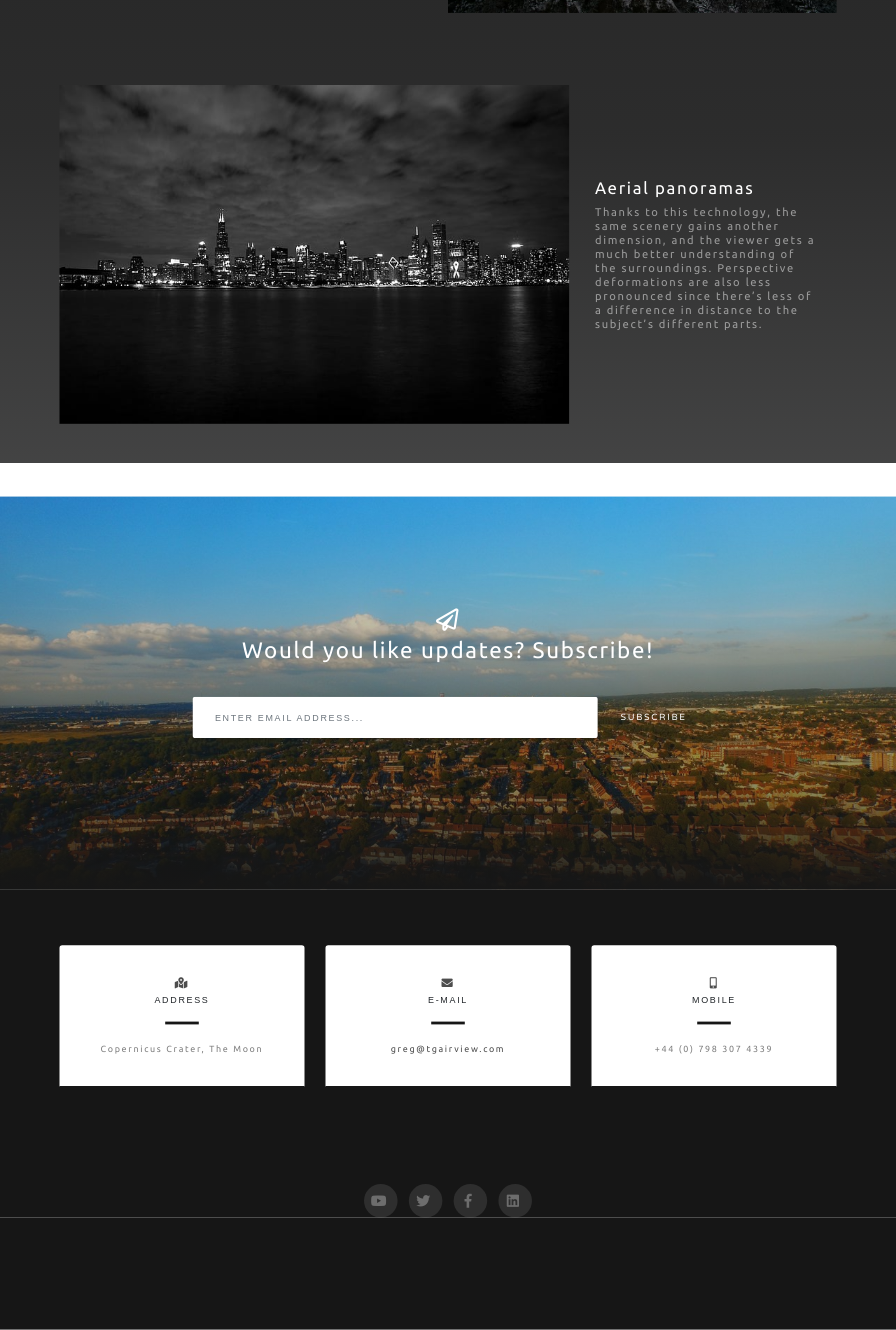
Repository: geoeskel/UCFD-Milestone-Project
Page: index.html
The author's editor kept a record of every edit. The page is drawn from the files as they stood at one moment, then again after the next edit.
The browser window is 1280 px wide. The pictures show the part of the page from y = 2978 to 4898 px (the page is 4878 px tall before and 4898 px after), at 70% of full size.
A picture or video elsewhere on the page could not be fetched, so the positions and the page height are approximate. Some web libraries are served in a nearby version.

Above is the page before.

### index.html
<!DOCTYPE html>
<html lang="en">

<head>
  <meta charset="utf-8">
  <meta name="viewport" content="width=device-width, initial-scale=1, shrink-to-fit=no">
  <title>TG Airview - Aerial Photography</title>
  <link href="css/bootstrap.min.css" rel="stylesheet">
  <link rel="stylesheet" href="https://use.fontawesome.com/releases/v5.1.1/css/all.css" integrity="sha384-O8whS3fhG2OnA5Kas0Y9l3cfpmYjapjI0E4theH4iuMD+pLhbf6JI0jIMfYcK3yZ" crossorigin="anonymous">
  <link href="https://fonts.googleapis.com/css?family=Ubuntu|Varela+Round&display=swap" rel="stylesheet">
  <link href="css/style.css" rel="stylesheet">
</head>

<body id="page-top">

  <!--------------------Navigation-------------------->
  <nav class="navbar navbar-expand-lg navbar-light fixed-top" id="mainNav">
    <div class="container">
      <a class="navbar-brand js-scroll-trigger" href="#page-top">Home</a>
      <button class="navbar-toggler navbar-toggler-right" type="button" data-toggle="collapse" data-target="#navbarResponsive" aria-controls="navbarResponsive" aria-expanded="false" aria-label="Toggle navigation">
        Menu
        <i class="fas fa-bars"></i>
      </button>
      <div class="collapse navbar-collapse" id="navbarResponsive">
        <ul class="navbar-nav ml-auto">
          <li class="nav-item">
            <a class="nav-link js-scroll-trigger" href="#about">About</a>
          </li>
          <li class="nav-item">
            <a class="nav-link js-scroll-trigger" href="#services">Services</a>
          </li>
          <li class="nav-item">
            <a class="nav-link js-scroll-trigger" href="#signup">Contact</a>
          </li>
        </ul>
      </div>
    </div>
  </nav>


  <!--------------------Header-------------------->
  <header class="head-main">
    <div class="overlay"></div>
    <video playsinline="playsinline" autoplay="autoplay" muted="muted" loop="loop">
    <source src="vids/header.mp4" type="video/mp4">
  </video>
    <div class="container h-100">
      <div class="d-flex h-100 text-center align-items-center">
        <div class="w-100 text-white">
          <h1 class="display-3">TG Airview</h1>
          <h2 class="text-white-50 mx-auto mt-2 mb-5">Aerial Photography</h2>
          <a href="#about" class="btn btn-primary js-scroll-trigger">Let's Fly!</a>
        </div>
      </div>
    </div>

  </header>

  <!--------------------About-------------------->
  <section id="about" class="about-section text-center">
    <div class="container">
      <div class="row">
        <div class="col-lg-8 mx-auto">
          <h2 class="text-white mb-4">Our love for flying comes shining through!</h2>
          <p class="text-white-50">We currently work with the world's leading drone company
            <a href="https://www.dji.com/" target="_blank">DJI.</a> We combine their best technology and our design to make our every project special - not just for us but especially for you!</p>
        </div>
      </div>
      <img src="img/about.png" class="img-fluid" alt="">

    </div>
  </section>

  <!--------------------Services-------------------->
  <section id="services" class="about-section bg-light">
    <div class="container">

      <div class="row align-items-center no-gutters mb-4 mb-lg-5">
        <div class="col-xl-8 col-lg-7">
          <img class="img-fluid mb-3 mb-lg-0" src="img/project-02.jpg" alt="">
        </div>
        <div class="col-xl-4 col-lg-5">
          <div class="featured-text text-center text-lg-left">
            <div class="first-service">
              <h4 class="text-white">Aerial photography</h4>
              <p class="text-white-50 mb-0">So what makes aerial photography so darn good? A great many things. It allows for a new – and extremely different – angle of shooting. There’s a huge difference in the angle of view when shooting from the ground, or even from
                a mountaintop, and when shooting from hundreds of meters above the landscape.</p>
            </div>
          </div>
        </div>
      </div>

      <div class="row justify-content-center no-gutters mb-4 mb-lg-5">
        <div class="col-lg-6">
          <img class="img-fluid mb-3 mb-lg-0" src="img/project-03.jpg" alt="">
        </div>
        <div class="col-lg-6 order-lg-first">
          <div class="text-center h-100 project">
            <div class="d-flex h-100">
              <div class="project-text w-100 my-auto text-center text-lg-right">
                <div class="first-service">
                  <h4 class="text-white">Night photography</h4>
                  <p class="mb-0 text-white-50">Light trails, starburst effect, motion blur . . . these are all easy at night. The long shutter speeds that are often required for proper exposure in night photography can lead to really cool effects. In addition, at night you can work
                    with lights that just aren’t on during the day.</p>
                </div>

              </div>
            </div>
          </div>
        </div>
      </div>

      <div class="row align-items-center no-gutters mb-4 mb-lg-5">
        <div class="col-xl-8 col-lg-7">
          <img class="img-fluid mb-3 mb-lg-0" src="img/project-01.jpg" alt="">
        </div>
        <div class="col-xl-4 col-lg-5">
          <div class="featured-text text-center text-lg-left">
            <div class="first-service">
              <h4 class="text-white">Aerial panoramas</h4>
              <p class="text-white-50 mb-0">Thanks to this technology, the same scenery gains another dimension, and the viewer gets a much better understanding of the surroundings. Perspective deformations are also less pronounced since there’s less of a difference in distance to
                the subject’s different parts.</p>
            </div>
          </div>
        </div>
      </div>

    </div>
  </section>


 <!--------------------Contact-------------------->
  <section id="signup" class="signup-section">
    <div class="container">
      <div class="row">
        <div class="col-md-10 col-lg-8 mx-auto text-center">

          <i class="far fa-paper-plane fa-2x mb-2 text-white"></i>
          <h2 class="text-white mb-5">Would you like updates? Subscribe!</h2>

          <form class="form-inline d-flex">
            <input type="email" class="form-control flex-fill mr-0 mr-sm-2 mb-3 mb-sm-0" id="inputEmail" placeholder="Enter email address...">
            <button type="submit" class="btn btn-primary mx-auto">Subscribe</button>
          </form>

        </div>
      </div>
    </div>
  </section>


  <section class="contact-section bg-black">
    <div class="container">

      <div class="row">

        <div class="col-md-4 mb-3 mb-md-0">
          <div class="card py-4 h-100">
            <div class="card-body text-center">
              <i class="fas fa-map-marked-alt text-primary mb-2"></i>
              <h4 class="text-uppercase m-0">Address</h4>
              <hr class="my-4">
              <div class="small text-black-50">Copernicus Crater, The Moon</div>
            </div>
          </div>
        </div>

        <div class="col-md-4 mb-3 mb-md-0">
          <div class="card py-4 h-100">
            <div class="card-body text-center">
              <i class="fas fa-envelope text-primary mb-2"></i>
              <h4 class="text-uppercase m-0">E-Mail</h4>
              <hr class="my-4">
              <div class="small text-black-50">
                <a href="#">greg@tgairview.com</a>
              </div>
            </div>
          </div>
        </div>

        <div class="col-md-4 mb-3 mb-md-0">
          <div class="card py-4 h-100">
            <div class="card-body text-center">
              <i class="fas fa-mobile-alt text-primary mb-2"></i>
              <h4 class="text-uppercase m-0">Mobile</h4>
              <hr class="my-4">
              <div class="small text-black-50">+44 (0) 798 307 4339</div>
            </div>
          </div>
        </div>
      </div>

      <div class="social d-flex justify-content-center">
        <a href="https://www.youtube.com/channel/UCpPGd5hFzI-q_gBM0CxnEIA" target="_blank" class="mx-2">
         <i class="fab fa-youtube"></i>

        <a href="https://twitter.com/DJIGlobal?ref_src=twsrc%5Egoogle%7Ctwcamp%5Eserp%7Ctwgr%5Eauthor target="_blank" class="mx-2">
          <i class="fab fa-twitter"></i>
        </a>
        <a href="https://www.facebook.com/dji.europe/?brand_redir=448935811878964" target="_blank" class="mx-2">
          <i class="fab fa-facebook-f"></i>
        </a>
        <a href="https://www.linkedin.com/in/greg-wladyka-9523a28a" target="_blank" class="mx-2">
          <i class="fab fa-linkedin"></i>
        </a>
      </div>

    </div>
  </section>

  <!--------------------Footer-------------------->
  <footer class="bg-black small text-center text-white-50">
    <div class="container">

    </div>
  </footer>

  <script src="libraries/jquery.min.js"></script>
  <script src="libraries/bootstrap.bundle.min.js"></script>
  <script src="libraries/jquery.easing.min.js"></script>
  <script src="libraries/tgairview.min.js"></script>

</body>

</html>

### css/style.css
/* --------------------BODY-------------------- */

body {
  font-family: 'Varela+Round', sans-serif;
  letter-spacing: 0.0625em;
}

a {
  color: #4d4d4d;
}

a:focus,
a:hover {
  text-decoration: none;
  color: #4d4d4d;
}

.bg-black {
  background-color: #161616 !important;
}

.bg-primary {
  background-color: #4d4d4d !important;
}

.text-primary {
  color: #4d4d4d !important;
}

/* --------------------NAVBAR-------------------- */

#mainNav {
  min-height: 40px;
  background-color: #fff;
}

#mainNav .navbar-toggler {
  font-size: 80%;
  padding: 0.75rem;
  color: #404040;
  border: 1px solid #404040;
}

#mainNav .navbar-toggler:focus {
  outline: none;
}

#mainNav .navbar-brand {
  color: #161616;
  font-weight: 600;
  padding: .7rem 0;
}

#mainNav .navbar-nav .nav-item:hover {
  color: fade(white, 75%);
  outline: none;
  background-color: transparent;
}

#mainNav .navbar-nav .nav-item:active,
#mainNav .navbar-nav .nav-item:focus {
  outline: none;
  background-color: transparent;
}

@media (min-width: 992px) {
  #mainNav {
    padding-top: 0;
    padding-bottom: 0;
    border-bottom: none;
    background-color: transparent;
    transition: background-color 0.35s ease-in-out;
  }
  #mainNav .navbar-brand {
    padding: .5rem 0;
    color: rgba(255, 255, 255, 0.5);
  }
  #mainNav .nav-link {
    transition: none;
    padding: 2rem 1.5rem;
    color: rgba(255, 255, 255, 0.5);
  }
  #mainNav .nav-link:hover {
    color: rgba(255, 255, 255, 0.75);
  }
  #mainNav .nav-link:active {
    color: white;
  }
  #mainNav.navbar-shrink {
    background-color: #ffffff;
  }
  #mainNav.navbar-shrink .navbar-brand {
    color: #161616;
  }
  #mainNav.navbar-shrink .nav-link {
    color: #161616;
    padding: 1.5rem 1.5rem 1.25rem;
    border-bottom: 0.25rem solid transparent;
  }
  #mainNav.navbar-shrink .nav-link:hover {
    color: #161616;
  }
  #mainNav.navbar-shrink .nav-link:active {
    color: #666666;
  }
  #mainNav.navbar-shrink .nav-link.active {
    color: #161616;
    outline: none;
    border-bottom: 0.25rem solid #161616;
  }
}

/* --------------------HEADER-------------------- */

header {
  position: relative;
  background-color: black;
  height: 100vh;
  min-height: 25rem;
  width: 100%;
  overflow: hidden;
}

header video {
  position: absolute;
  top: 50%;
  left: 50%;
  min-width: 100%;
  min-height: 100%;
  width: auto;
  height: auto;
  z-index: 0;
  -ms-transform: translateX(-50%) translateY(-50%);
  -moz-transform: translateX(-50%) translateY(-50%);
  -webkit-transform: translateX(-50%) translateY(-50%);
  transform: translateX(-50%) translateY(-50%);
}

header .container {
  position: relative;
  z-index: 2;
}

header .overlay {
  position: absolute;
  top: 0;
  left: 0;
  height: 100%;
  width: 100%;
  background-color: black;
  opacity: 0.5;
  z-index: 1;
}

.container {
  font-family: 'Ubuntu', sans-serif;
  font-size: 20px;
  line-height: 20px;
  letter-spacing: 0.4rem;

}

.head-main {
  position: relative;
  width: 100%;
  height: auto;
  min-height: 35rem;
  padding: 15rem 0;
  background: linear-gradient(to bottom, rgba(22, 22, 22, 0.3) 0%, rgba(22, 22, 22, 0.7) 75%, #161616 100%), url("../img/bg-head-main.jpg");
  background-position: center;
  background-repeat: no-repeat;
  background-attachment: scroll;
  background-size: cover;
}

.head-main h1 {
  font-family: 'Ubuntu', sans-serif;
  font-size: 2.5rem;
  line-height: 2.5rem;
  letter-spacing: 0.8rem;
  background: -webkit-linear-gradient(rgba(255, 255, 255, 0.7), rgba(255, 255, 255, 0));
  -webkit-text-fill-color: transparent;
  -webkit-background-clip: text;
}

.head-main h2 {
  max-width: 20rem;
  font-size: 1rem;
}

@media (min-width: 768px) {
  .head-main h1 {
    font-size: 4rem;
    line-height: 7rem;
    }
}

@media (min-width: 992px) {
  .head-main {
    height: 100vh;
    padding: 0;
  }
  .head-main h1 {
    font-size: 6.5rem;
    line-height: 6.5rem;
    letter-spacing: 0.8rem;
  }
  .head-main h2 {
    max-width: 30rem;
    font-size: 1.25rem;
  }
}

.btn {
  box-shadow: 0 0.2rem 0.2rem 0 rgba(0, 0, 0, 0.1);
  padding: 0.75rem 1.5rem;
  font-family: 'Varela Round', sans-serif;
  font-size: 80%;
  text-transform: uppercase;
  letter-spacing: .15rem;
  border: 0;
}

.btn-primary {
  background-color: Transparent;
}

.btn-primary:hover {
  background-color: #7f7f7f;
}

.btn-primary:focus {
  background-color: #1a1a1a;
  color: white;
}

.btn-primary:active {
  background-color: #B8B8B8;
}

/* --------------------ABOUT-------------------- */

.about-section {
  padding-top: 10rem;
  background: linear-gradient(to bottom, #161616 0%, rgba(22, 22, 22, 0.9) 75%, rgba(22, 22, 22, 0.8) 100%);
  font-size: 10px;
}

.about-section p {
  margin-bottom: 5rem;
}

.row {
  height: auto;
  font-size: 80%;
  letter-spacing: 0.15rem;
  border: 0;
  padding-bottom: 5%;
}

/* --------------------SERVICES-------------------- */

.first-service {
  padding-left: 25px;
  padding-right: 25px;
}

.services-section {
  padding: 10rem 0;
}

.services-section .featured-text {
  padding: 2rem;
}

@media (min-width: 992px) {
  .services-section .featured-text {
    padding: 0 0 0 2rem;
    border-left: 0.5rem solid #161616;
  }
}

.services-section .project-text {
  padding: 3rem;
  font-size: 90%;
}

@media (min-width: 992px) {
  .services-section .project-text {
    padding: 5rem;
  }
}

/* --------------------CONTACT-------------------- */


.signup-section {
  padding: 10rem 0;
  background: linear-gradient(to bottom, rgba(22, 22, 22, 0.1) 0%, rgba(22, 22, 22, 0.5) 75%, #161616 100%), url("../img/bg-signup.jpg");
  background-position: center;
  background-repeat: no-repeat;
  background-attachment: scroll;
  background-size: cover;
}

.signup-section .form-inline input {
  box-shadow: 0 0.1875rem 0.1875rem 0 rgba(0, 0, 0, 0.1);
  padding: 1.25rem 2rem;
  height: auto;
  font-family: 'Varela+Round', sans-serif;
  font-size: 80%;
  text-transform: uppercase;
  letter-spacing: 0.15rem;
  border: 0;
}

.contact-section {
  padding: 5rem 0 0;
}

.contact-section .card {
  border: 0;
  border-bottom: 0.25rem solid #161616;
}

.contact-section .card h4 {
  font-size: 0.8rem;
  font-family: 'Varela+Round', sans-serif;
  text-transform: uppercase;
  letter-spacing: 0.15rem;
}

.contact-section .card hr {
  border-color: #161616;
  border-width: 0.25rem;
  width: 3rem;
}

.contact-section .social {
  margin-top: 5rem;
}

.contact-section .social a {
  text-align: center;
  height: 3rem;
  width: 3rem;
  background: rgba(255, 255, 255, 0.1);
  border-radius: 100%;
  line-height: 3rem;
  color: rgba(255, 255, 255, 0.3);
}

.contact-section .social a:hover {
  color: rgba(255, 255, 255, 0.5);
}

.contact-section .social a:active {
  color: #ffffff;
}

/* --------------------FOOTER-------------------- */

footer {
  padding: 5rem 0;
}

Loaded but not shown: css/bootstrap.min.css (library); libraries/jquery.min.js (library); libraries/bootstrap.bundle.min.js (library); libraries/jquery.easing.min.js (common file); libraries/tgairview.min.js (common file)

After the next edit:
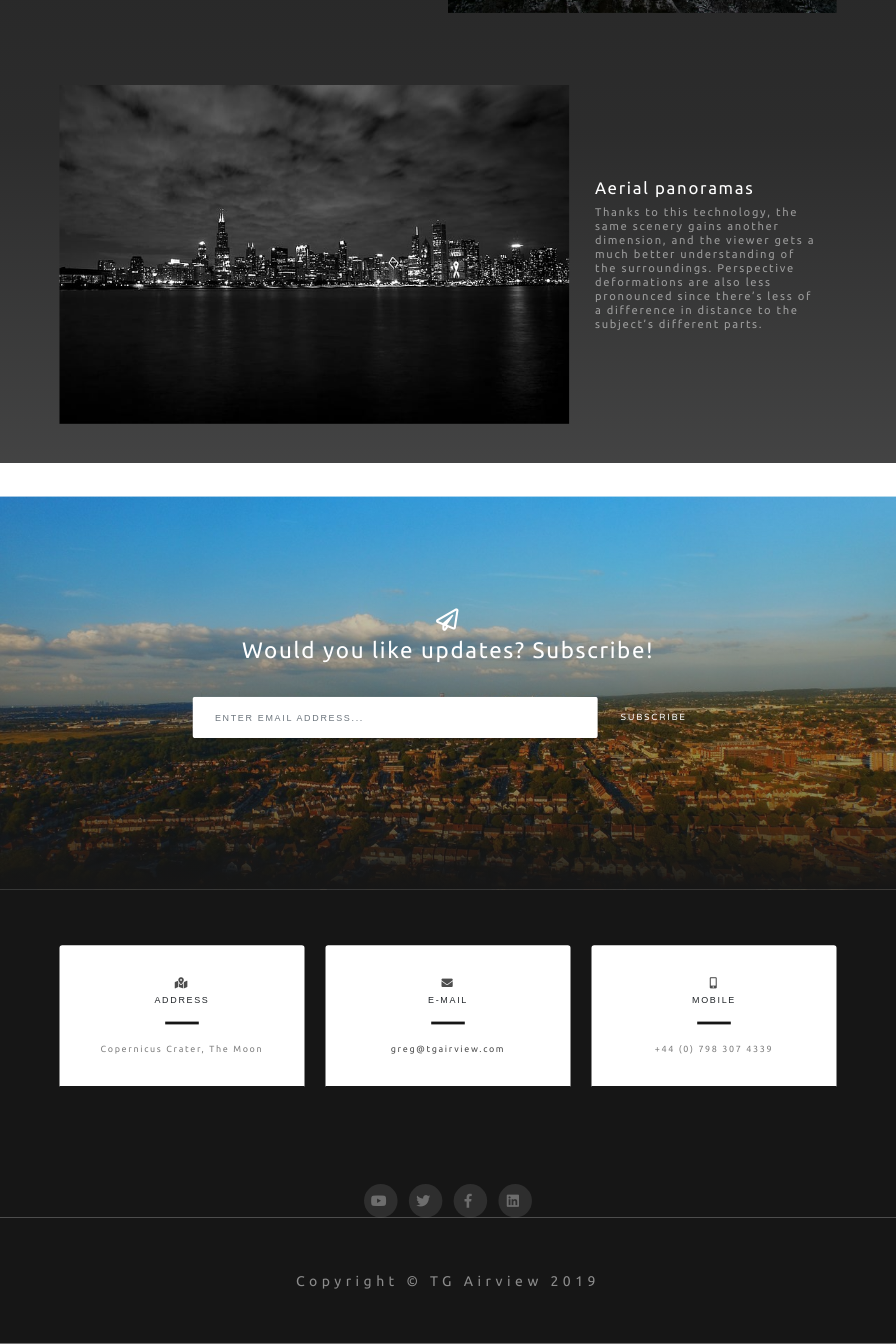
The edit:
--- a/index.html
+++ b/index.html
@@ -211,7 +211,7 @@
   <!--------------------Footer-------------------->
   <footer class="bg-black small text-center text-white-50">
     <div class="container">
-
+      Copyright &copy; TG Airview 2019
     </div>
   </footer>
 
